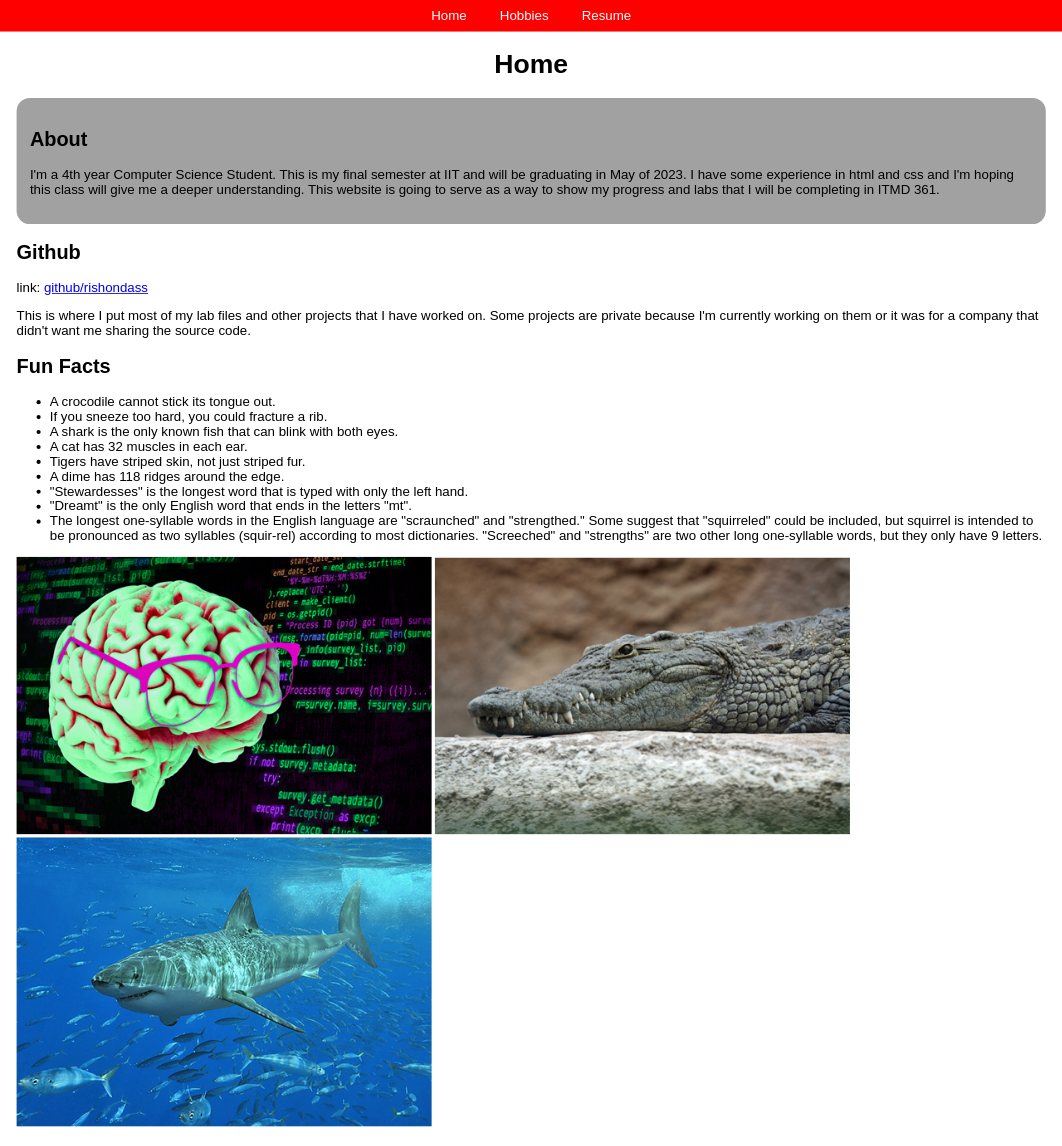
Repository: rishondass/ITMD361-Project2
Page: index.html
An editor plug-in stored every save of this project. The page is shown before and after the next save, followed by the edit.
The browser window is 1280 px wide. The pictures show the whole page, at 83% of full size.

Above is the page before, as saved 2023-03-07 21:49:30.

After the next save:
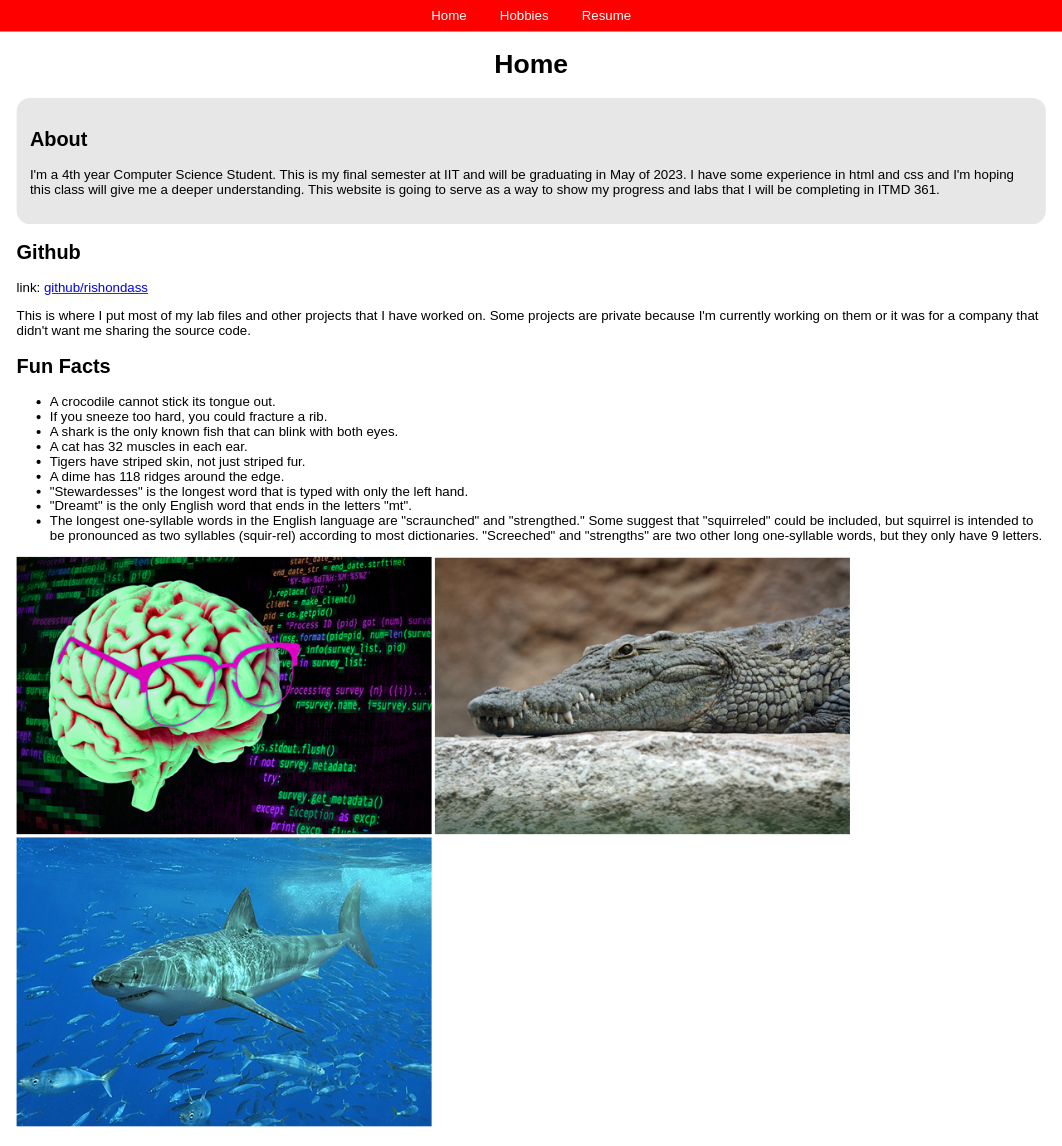
Saved 4 s later.
--- a/css/style.css
+++ b/css/style.css
@@ -41,7 +41,7 @@ To be added
 }
 
 #about-section{
-    background-color:rgb(161, 161, 161);
+    background-color:rgb(231, 231, 231);
     border-radius: 1rem;
     padding: 1rem;
 }
